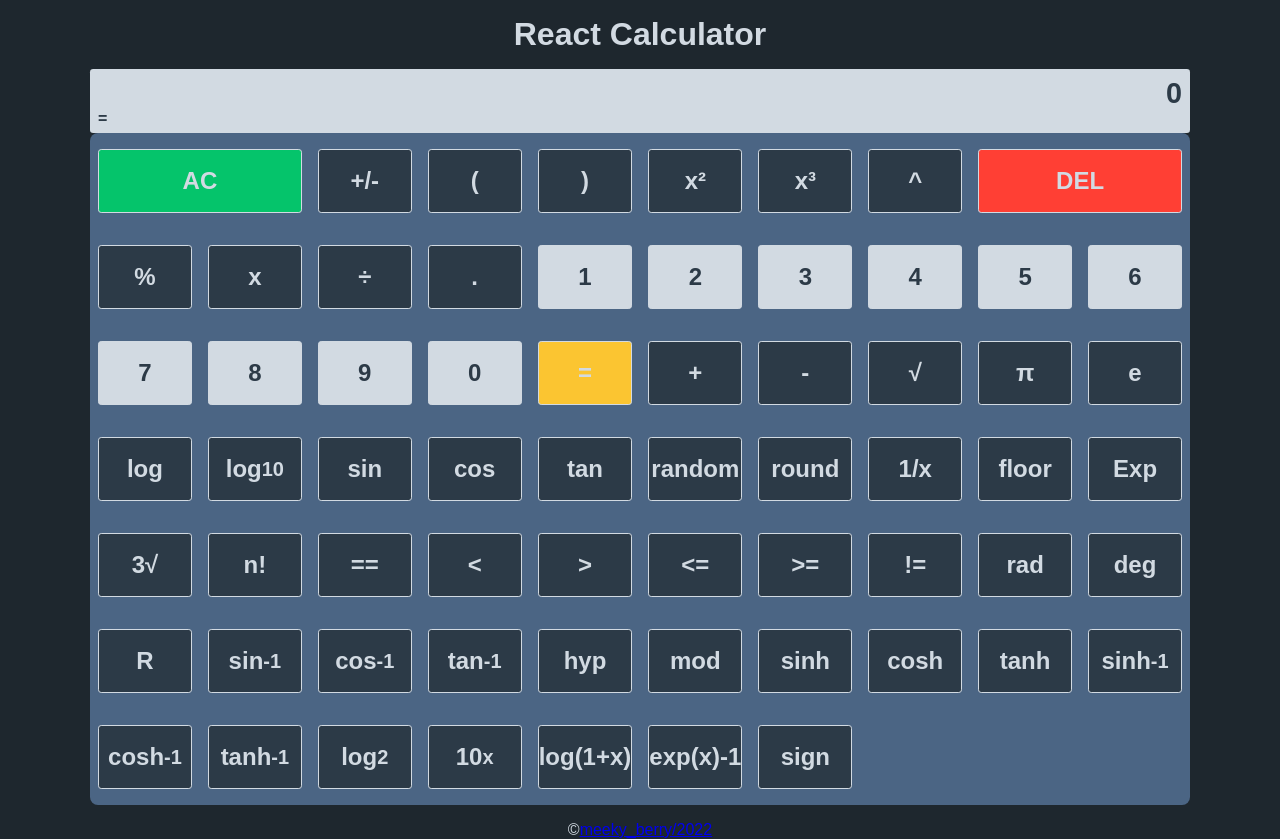
Repository: MikkyPrestige/calculator
Page: /
The author's editor kept a copy of each file at every save. The page is drawn from the files as they stood at one save, then again after the next save.
The browser window is 1280 px wide. The pictures show the whole page.
The project was rebuilt for these pictures with package versions that can differ from the ones it lists, and the page was loaded fresh each time.

Above is the page before, as saved 2022-11-17 22:13:15.

After the next save:
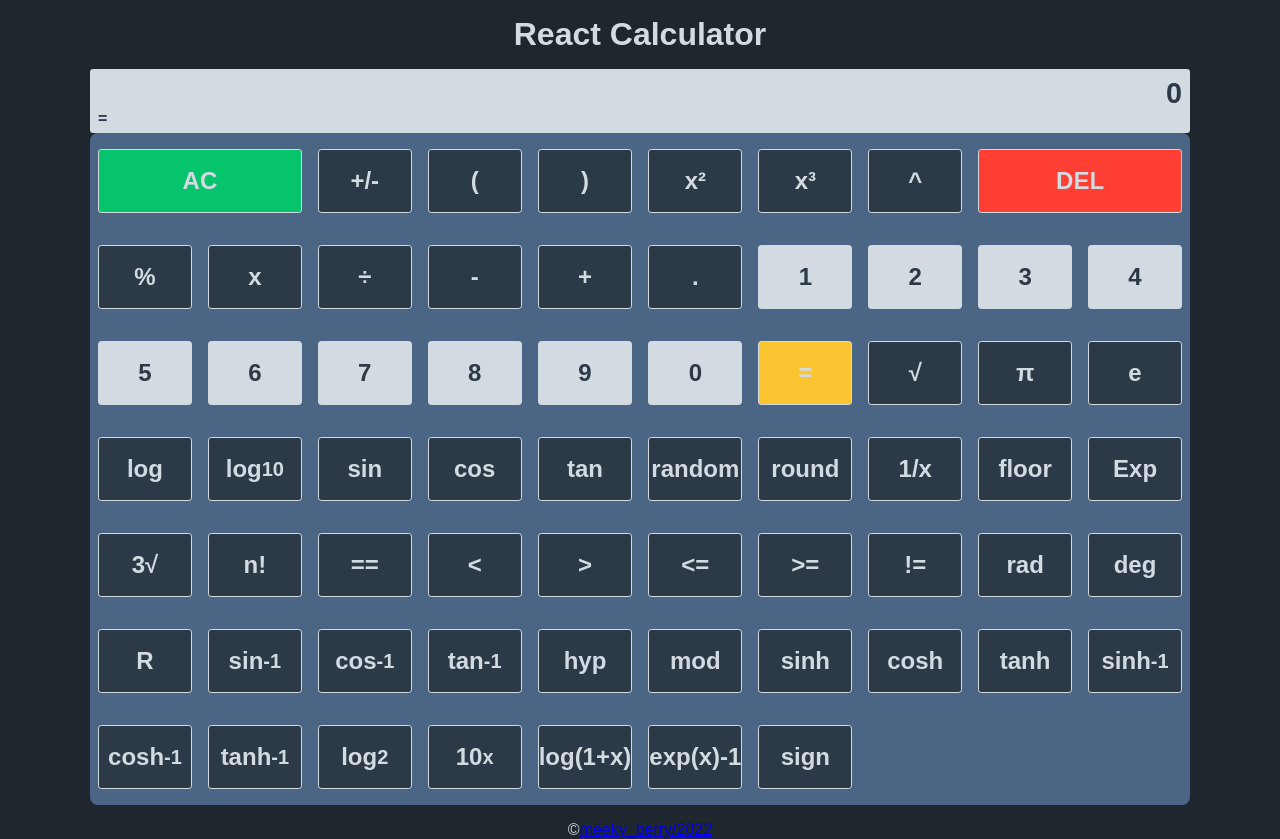
Saved 39 s later.
--- a/src/App.js
+++ b/src/App.js
@@ -547,14 +547,14 @@ function App() {
           <button onClick={percentage} className='operator'>%</button>
           <button onClick={() => updateCalc('*')} className='operator'>x</button>
           <button onClick={() => updateCalc('/')} className='operator'>÷</button>
+          <button onClick={() => updateCalc('-')} className='operator'>-</button>
+          <button onClick={() => updateCalc('+')} className='operator'>+</button>
           <button onClick={() => updateCalc('.')} className='operator'>.</button>
           {createDigits().map((digit) => (
             <button onClick={() => updateCalc(digit.toString())} className='digit' key={digit}>{digit}</button> // CREATE DIGITS BUTTONS AND MAP THROUGH DIGITS ARRAY TO DISPLAY DIGITS 1-9 ON BUTTONS
           ))}
           <button onClick={() => updateCalc('0')} className='zero digit'>0</button>
           <button onClick={calculate} className='operator equalTo'>=</button>
-          <button onClick={() => updateCalc('+')} className='operator'>+</button>
-          <button onClick={() => updateCalc('-')} className='operator'>-</button>
           <button onClick={squareRoot} className='operator sqrt'>√</button>
           <button onClick={pi} className='operator pie'>π</button>
           <button onClick={e} className='operator exponent'>e</button>
